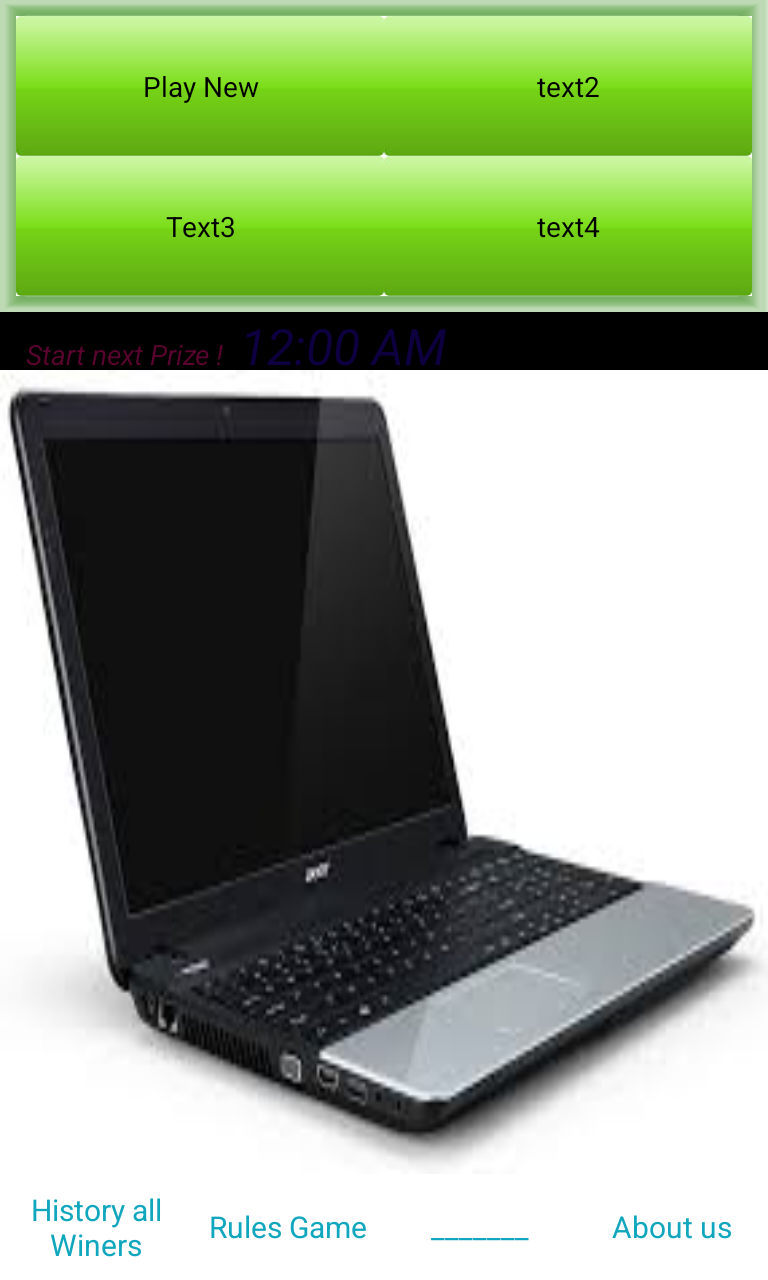
Repository: Skyremix/lottery
Layout: lotery/thelotter/res/layout/activity_main.xml
These files come from the project's save history. The layout is drawn as it stood at one moment and after the next save; the edit follows.
It is drawn on a 768 x 1280 px phone screen (xhdpi) without system bars, with theme android:Theme.WithActionBar; the app's code is not run. The app's manifest (not shown) leaves right-to-left support off. So textAlignment, textDirection and layoutDirection are ignored, and left and right values win over start and end ones.

Above is the layout before, as saved 2015-04-07 20:43:36.

After the next save:
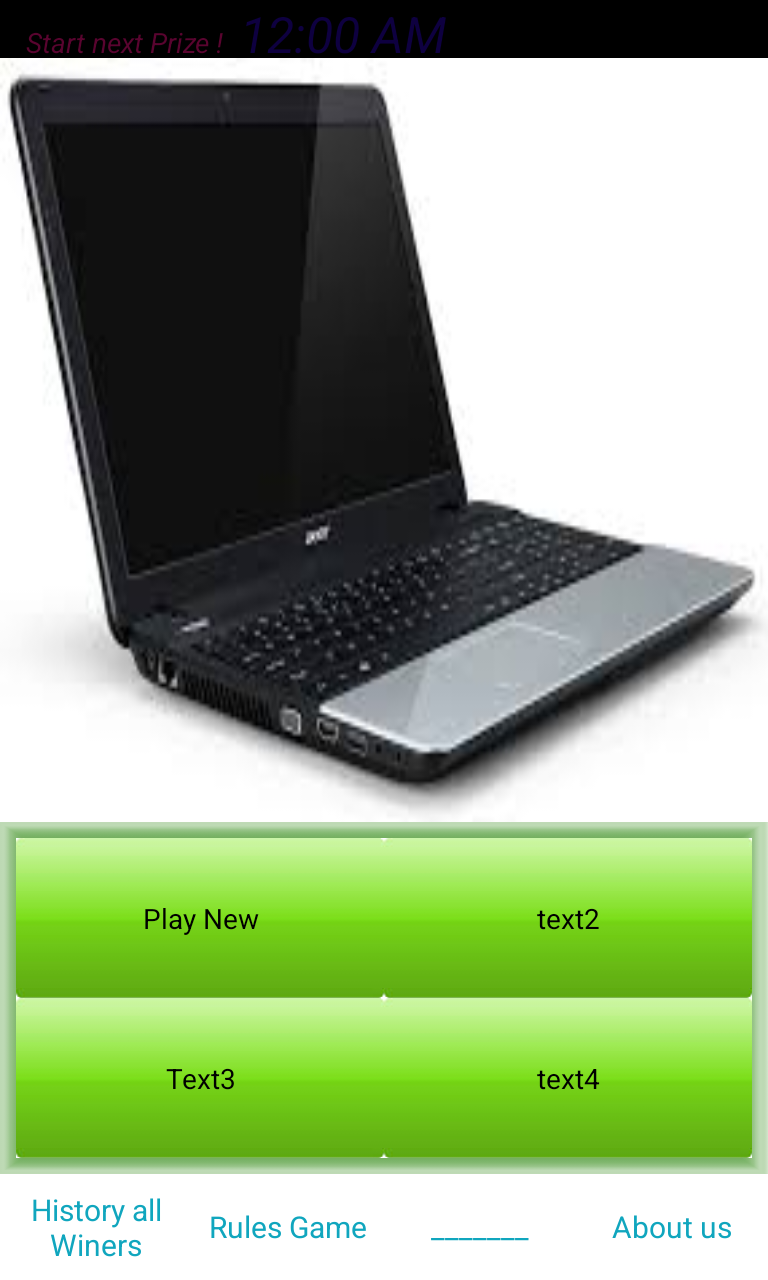
Saved 2 min 35 s later.
--- a/lotery/thelotter/res/layout/activity_main.xml
+++ b/lotery/thelotter/res/layout/activity_main.xml
@@ -19,82 +19,7 @@
         android:layout_weight="1"
         android:orientation="vertical">
 
-        <LinearLayout
-            android:layout_width="match_parent"
-            android:layout_height="156dp"
-            android:orientation="vertical"
-            android:background="@drawable/f">
 
-            <LinearLayout
-                android:layout_width="match_parent"
-                android:layout_height="match_parent"
-                android:orientation="horizontal"
-                android:layout_weight="1"
-                android:layout_marginLeft="0dp"
-                android:layout_marginRight="0dp"
-                android:layout_marginBottom="0dp">
-
-                <Button
-                    android:id="@+id/btn1"
-                    android:layout_width="match_parent"
-                    android:layout_height="match_parent"
-                    android:layout_marginRight="0dp"
-                    android:layout_weight="1"
-                    android:background="@drawable/buttons"
-                    android:paddingRight="0dp"
-                    android:text="Play New"
-                    android:layout_marginTop="8dp"
-                    android:layout_marginLeft="8dp"/>
-
-                <Button
-                    android:id="@+id/btn2"
-                    android:layout_width="match_parent"
-                    android:layout_height="match_parent"
-                    android:layout_marginLeft="0dp"
-                    android:layout_weight="1"
-                    android:paddingLeft="0dp"
-                    android:text="text2"
-                    android:background="@drawable/buttons"
-                    android:layout_marginTop="8dp"
-                    android:layout_marginRight="8dp"/>
-
-            </LinearLayout>
-
-            <LinearLayout
-                android:layout_width="match_parent"
-                android:layout_height="match_parent"
-                android:orientation="horizontal"
-                android:layout_weight="1"
-                android:layout_marginLeft="0dp"
-                android:layout_marginRight="0dp"
-                android:layout_marginTop="0dp">
-
-                <Button
-                    android:id="@+id/btn3"
-                    android:layout_width="match_parent"
-                    android:layout_height="match_parent"
-                    android:layout_weight="1"
-                    android:onClick="@string/hello_world"
-                    android:padding="0dp"
-                    android:text="Text3"
-                   	android:background="@drawable/buttons"
-                   	android:layout_marginBottom="8dp"
-                    android:layout_marginLeft="8dp"/>
-
-                <Button
-                    android:id="@+id/btn4"
-                    android:layout_width="match_parent"
-                    android:layout_height="match_parent"
-                    android:layout_weight="1"
-                    android:padding="0dp"
-                    android:text="text4"
-                    android:background="@drawable/buttons"
-                    android:layout_marginBottom="8dp"
-                    android:layout_marginRight="8dp"/>
-
-            </LinearLayout>
-
-        </LinearLayout>
 
         <LinearLayout
             android:layout_width="match_parent"
@@ -137,6 +62,28 @@
     </LinearLayout>
 
     <LinearLayout
+        android:layout_width="match_parent"
+        android:layout_height="176dp"
+        android:background="@drawable/f"
+        android:orientation="vertical" >
+
+            <LinearLayout android:layout_width="match_parent" android:layout_height="match_parent" android:orientation="horizontal" android:layout_weight="1" android:layout_marginLeft="0dp" android:layout_marginRight="0dp" android:layout_marginBottom="0dp">
+
+                <Button android:id="@+id/btn1" android:layout_width="match_parent" android:layout_height="match_parent" android:layout_marginRight="0dp" android:layout_weight="1" android:background="@drawable/buttons" android:paddingRight="0dp" android:text="Play New" android:layout_marginTop="8dp" android:layout_marginLeft="8dp" />
+
+                <Button android:id="@+id/btn2" android:layout_width="match_parent" android:layout_height="match_parent" android:layout_marginLeft="0dp" android:layout_weight="1" android:paddingLeft="0dp" android:text="text2" android:background="@drawable/buttons" android:layout_marginTop="8dp" android:layout_marginRight="8dp" />
+
+            </LinearLayout>
+
+            <LinearLayout android:layout_width="match_parent" android:layout_height="match_parent" android:orientation="horizontal" android:layout_weight="1" android:layout_marginLeft="0dp" android:layout_marginRight="0dp" android:layout_marginTop="0dp">
+
+                <Button android:id="@+id/btn3" android:layout_width="match_parent" android:layout_height="match_parent" android:layout_weight="1" android:onClick="@string/hello_world" android:padding="0dp" android:text="Text3" android:background="@drawable/buttons" android:layout_marginBottom="8dp" android:layout_marginLeft="8dp" />
+
+                <Button android:id="@+id/btn4" android:layout_width="match_parent" android:layout_height="match_parent" android:layout_weight="1" android:padding="0dp" android:text="text4" android:background="@drawable/buttons" android:layout_marginBottom="8dp" android:layout_marginRight="8dp" />
+
+            </LinearLayout>
+
+        </LinearLayout><LinearLayout
         android:layout_width="match_parent"
         android:layout_height="53dp"
         android:background="@drawable/b"
